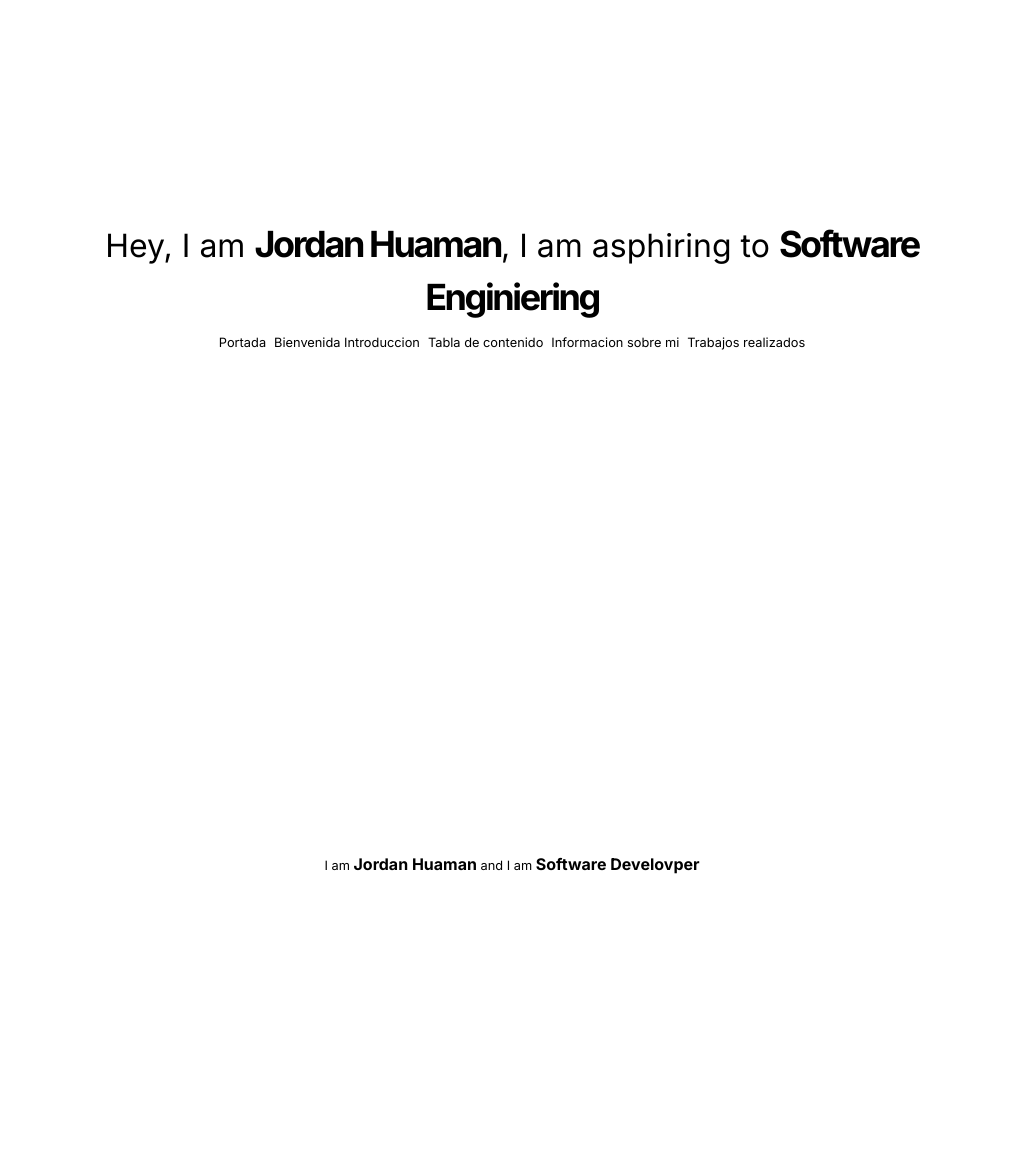
Repository: devsecops-node/portafolio-nextj-pages
Page: /
These files come from the project's save history. The page is drawn as it stood at one moment and after the next save; the edit follows.
The browser window is 1280 px wide. The pictures show the whole page, at 80% of full size.
The project was rebuilt for these pictures with package versions that can differ from the ones it lists, and the page was loaded fresh each time. The framework's server and built-in components were replaced by stand-ins that run in the browser. Also part of the build but not shown: next.config.js, src/styles/transitionPage.module.css.

Above is the page before, as saved 2024-01-15 03:59:39.

After the next save:
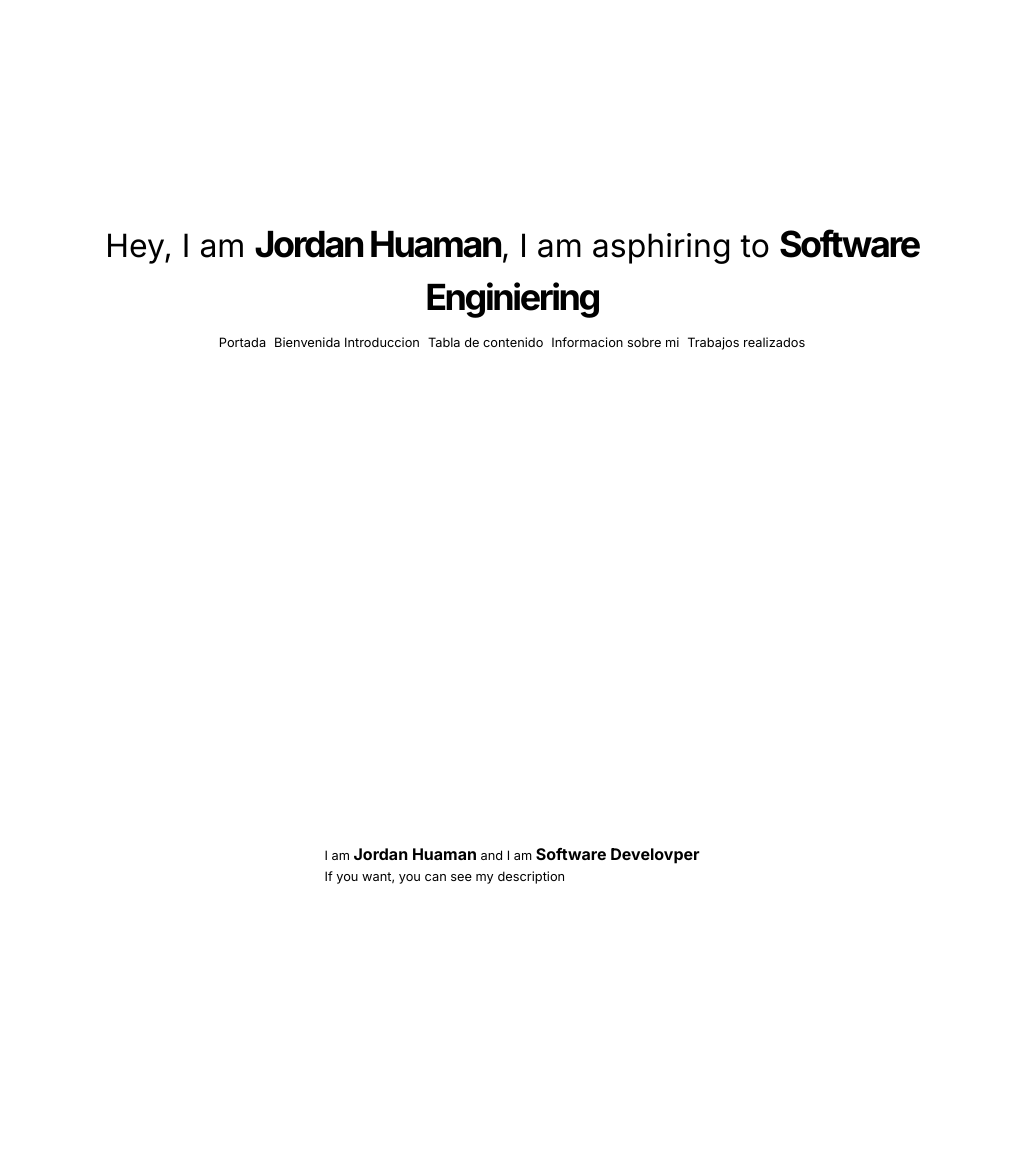
Saved 22 s later.
--- a/src/components/Portada.jsx
+++ b/src/components/Portada.jsx
@@ -5,7 +5,7 @@ const Portada = () => {
     <div className='h-screen flex justify-center items-center'>
       <section>
         <p>I am <span className='text-[20px] font-bold'>Jordan Huaman</span> and I am <span className='text-[20px] font-bold'>Software Develovper</span></p>
-
+        <p>If you want, you can see my description</p>
       </section>
     </div>
   )
